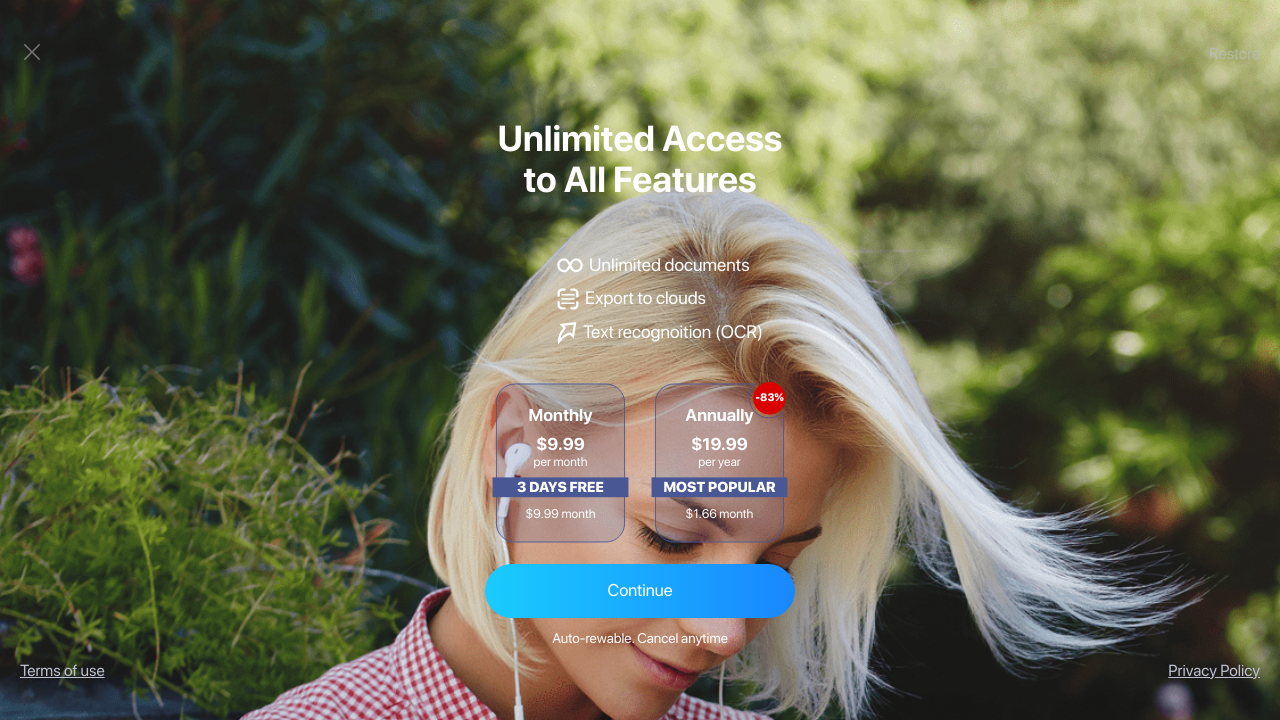
Repository: Ivan0195/bp-banner
Page: /
These files come from the project's save history. The page is drawn as it stood at one moment and after the next save; the edit follows.
The browser window is 1280 px wide. The pictures show the whole page.
The project was rebuilt for these pictures with package versions that can differ from the ones it lists, and the page was loaded fresh each time. Also part of the build but not shown: webpack.config.js.

Above is the page before, as saved 2023-03-17 12:31:54.

After the next save:
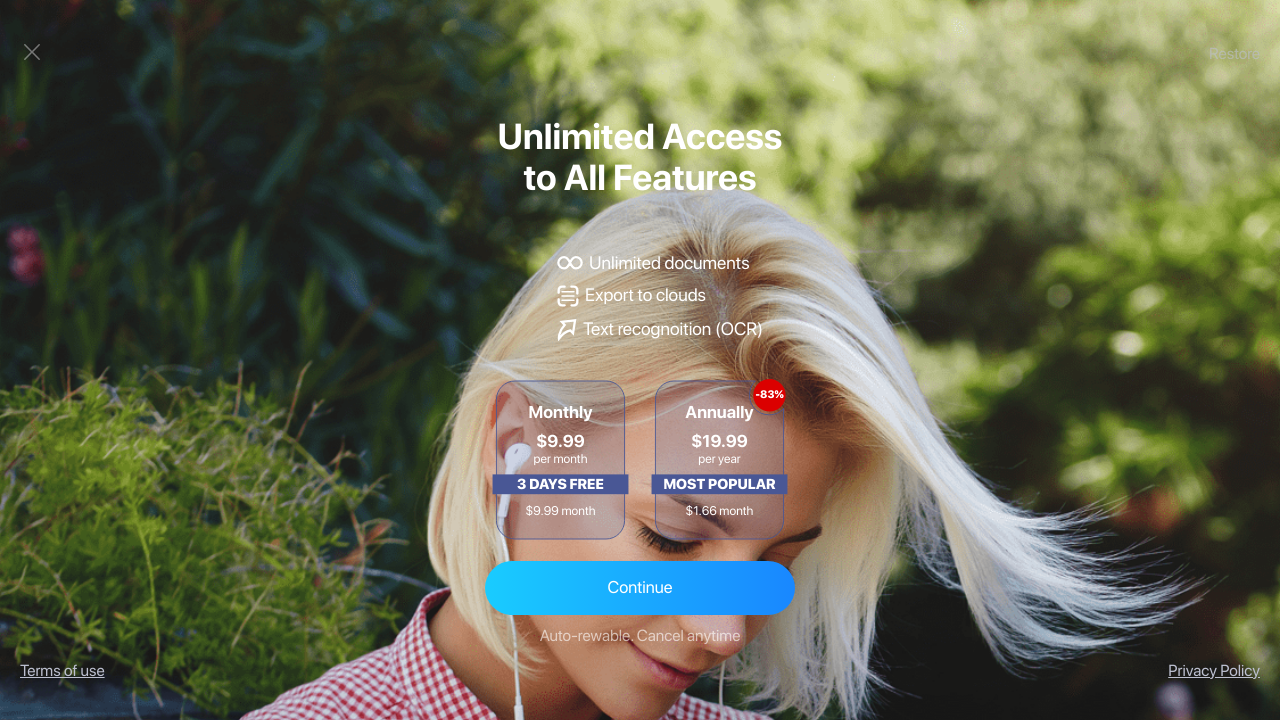
Saved 53 s later.
--- a/src/index.html
+++ b/src/index.html
@@ -59,7 +59,7 @@
     <form id="button" style="width: 100%;" >
       <input class="continueButton" type="submit" value="Continue"/>
     </form>
-      <span class="smallText">Auto-rewable. Cancel anytime</span>
+      <span class="restore">Auto-rewable. Cancel anytime</span>
   </main>
 
 
